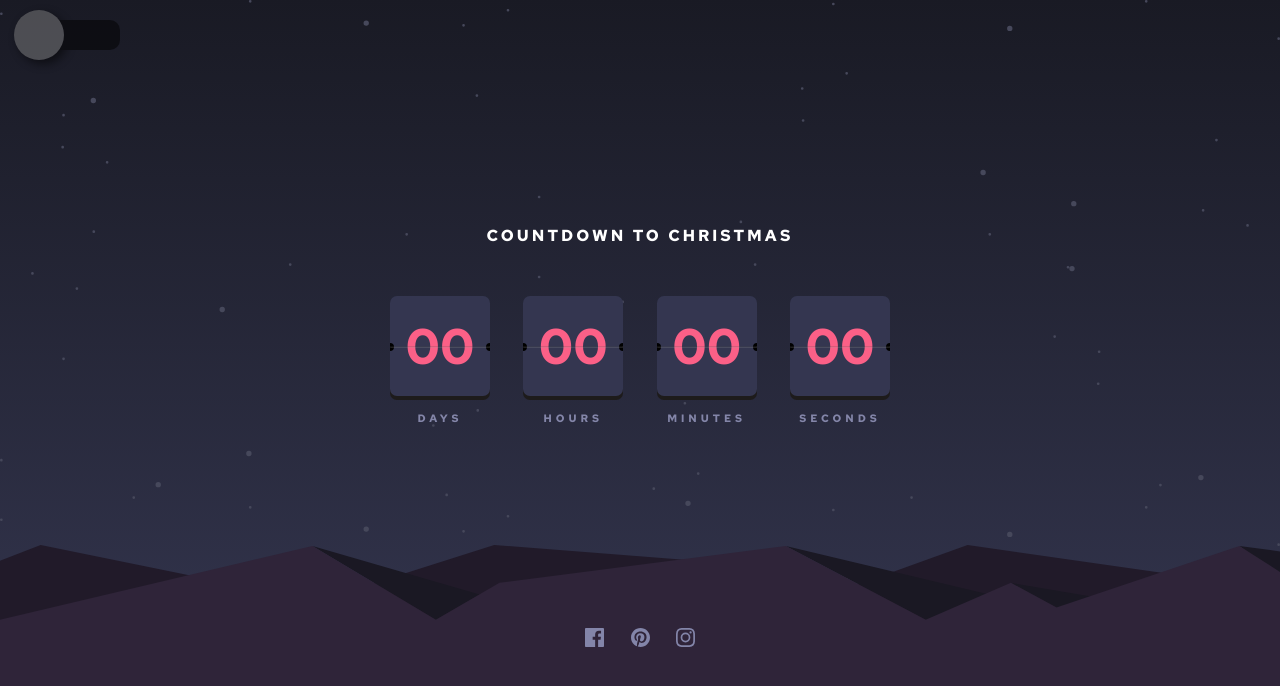
Repository: Eugene44-hub/countdown
Page: index.html
These files come from the project's save history. The page is drawn as it stood at one moment and after the next save; the edit follows.
The browser window is 1280 px wide. The pictures show the whole page.

Above is the page before, as saved 2021-09-13 02:42:35.

After the next save:
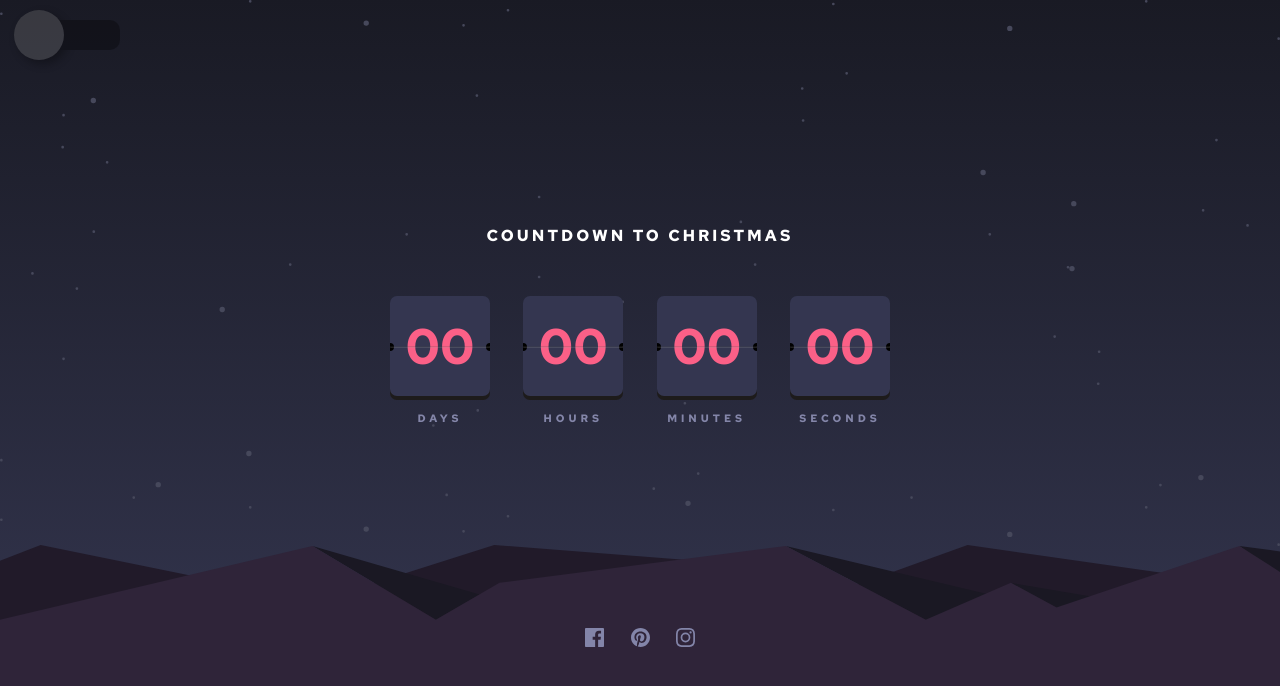
Saved 8 s later.
--- a/style.css
+++ b/style.css
@@ -126,7 +126,7 @@
         border-radius: 10px;
         margin-left: 20px;
         margin-top: 20px;
-        opacity: 0.5;
+        opacity: 0.3;
     }
 
     .toggle {
